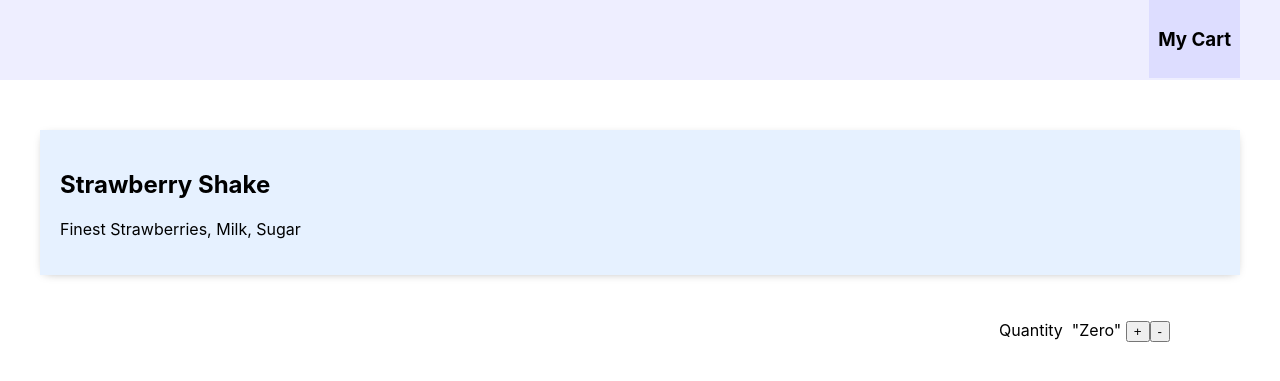
Repository: suhail-yazdan/shopping-cart-react
Page: /
The author's editor kept a copy of each file at every save. The page is drawn from the files as they stood at one save, then again after the next save.
The browser window is 1280 px wide. The pictures show the whole page.
The project was rebuilt for these pictures with package versions that can differ from the ones it lists, and the page was loaded fresh each time.

Above is the page before, as saved 2023-10-04 16:23:55.

After the next save:
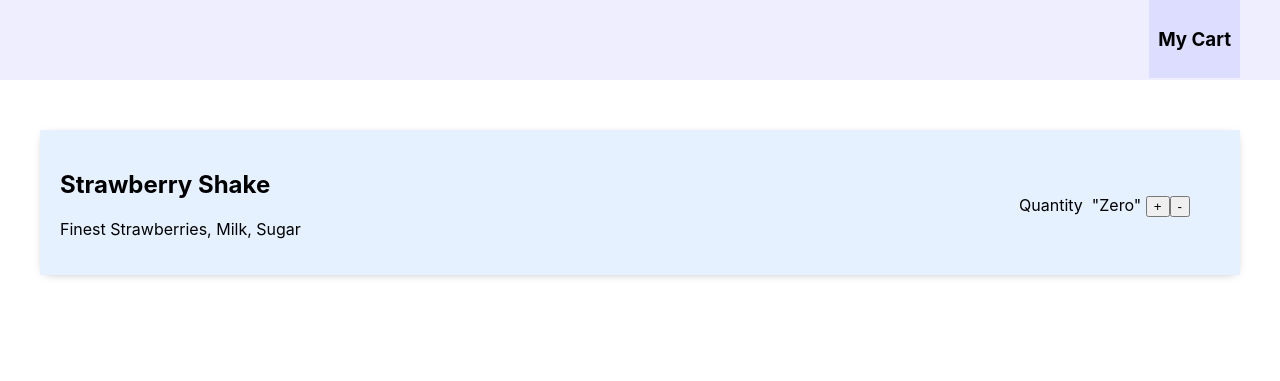
Saved 2 min 27 s later.
--- a/src/Card.jsx
+++ b/src/Card.jsx
@@ -7,7 +7,7 @@ const Card = () => {
     <div className='card selected'>
       <h2> Strawberry Shake </h2>
       <p> Finest Strawberries, Milk, Sugar </p>
-      <div>
+      <div className='overlay'>
         <Counter />
       </div>
     </div>
